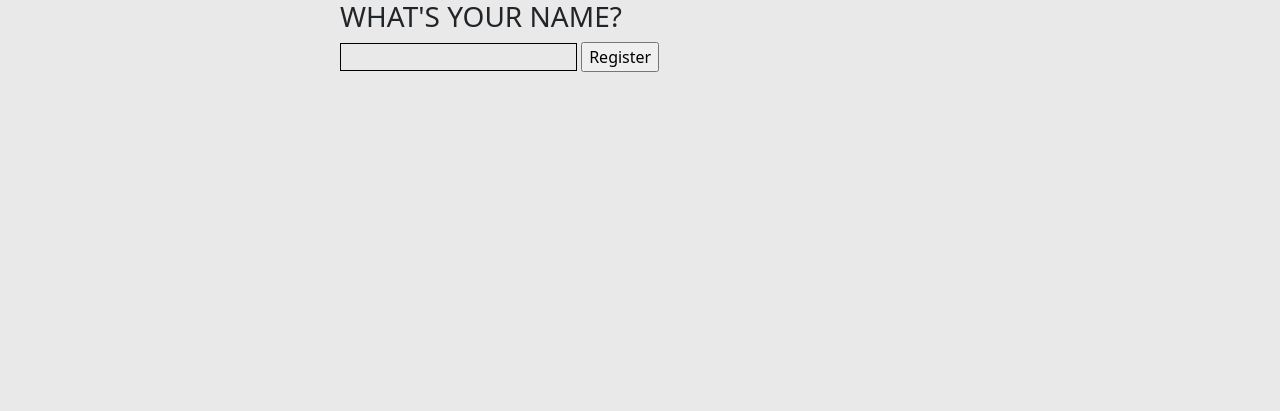
Repository: haimy125/demo_chat
Page: http://localhost/
These files come from the project's save history. The page is drawn as it stood at one moment and after the next save; the edit follows.
The browser window is 1280 px wide. The pictures show the whole page.
The page is served by the project's Node server (DEMO_CHAT_SOCKETIO/SERVER.js).

Above is the page before, as saved 2021-08-29 15:29:03.

### DEMO_CHAT_SOCKETIO/views/trangchu.ejs
<!DOCTYPE html>
<html lang="en">

<head>
    <meta charset="UTF-8">
    <meta http-equiv="X-UA-Compatible" content="IE=edge">
    <meta name="viewport" content="width=device-width, initial-scale=1.0">
    <title>demo chat</title>
    <link href="https://cdn.jsdelivr.net/npm/bootstrap@5.0.2/dist/css/bootstrap.min.css" rel="stylesheet" integrity="sha384-EVSTQN3/azprG1Anm3QDgpJLIm9Nao0Yz1ztcQTwFspd3yD65VohhpuuCOmLASjC" crossorigin="anonymous">
    <script src="https://cdn.jsdelivr.net/npm/@popperjs/core@2.9.2/dist/umd/popper.min.js" integrity="sha384-IQsoLXl5PILFhosVNubq5LC7Qb9DXgDA9i+tQ8Zj3iwWAwPtgFTxbJ8NT4GN1R8p" crossorigin="anonymous"></script>
    <script src="https://cdn.jsdelivr.net/npm/bootstrap@5.0.2/dist/js/bootstrap.min.js" integrity="sha384-cVKIPhGWiC2Al4u+LWgxfKTRIcfu0JTxR+EQDz/bgldoEyl4H0zUF0QKbrJ0EcQF" crossorigin="anonymous"></script>

    <script src="jquery.js"></script>
    <script src="socket.io/socket.io.js"></script>
    <link rel="stylesheet" href="layout.css">
    <script src="xuly.js">
    </script>
</head>

<body>
    <div class="container">
        <div id="wrapper">
            <div id="loginForm">
                <h3>WHAT'S YOUR NAME?</h3>
                <input type="text" id="txtUsername">
                <input type="button" value="Register" id="btnRegister" />
            </div>
            <div id="chatForm">
                <div id="left">

                </div>
                <div id="right">

                </div>
            </div>
        </div>
    </div>
</body>

</html>

### DEMO_CHAT_SOCKETIO/SERVER.js
var express = require('express'); //phai require thu vien express moi chay
var app = express(); //khai bao server
app.use(express.static("public")); //can file js, css nen khai bao the nay de all file trong public la khach hang truy cap duoc het

app.set("view engine", "ejs"); //
app.set("views", "./views");
var server = require('http').Server(app); //dựng server
var io = require('socket.io')(server);
server.listen(3000);


app.get('/', function(req, res) {
    res.render('trangchu');
});

### DEMO_CHAT_SOCKETIO/public/layout.css
body {
    background-color: #e9e9e9;
}

#wrapper {
    width: 600px;
    margin: 0 auto;
}

#txtUsername {
    background-color: transparent;
    border: solid 1px black;
    /* border-width: 0 0 1 0; */
}

#left {
    width: 30%;
    float: left;
}

#right {
    width: 70%;
    float: right;
}

### DEMO_CHAT_SOCKETIO/public/xuly.js
$(document).ready(function() {
    // alert('a');
});

Loaded but not shown: DEMO_CHAT_SOCKETIO/public/jquery.js (library)

After the next save:
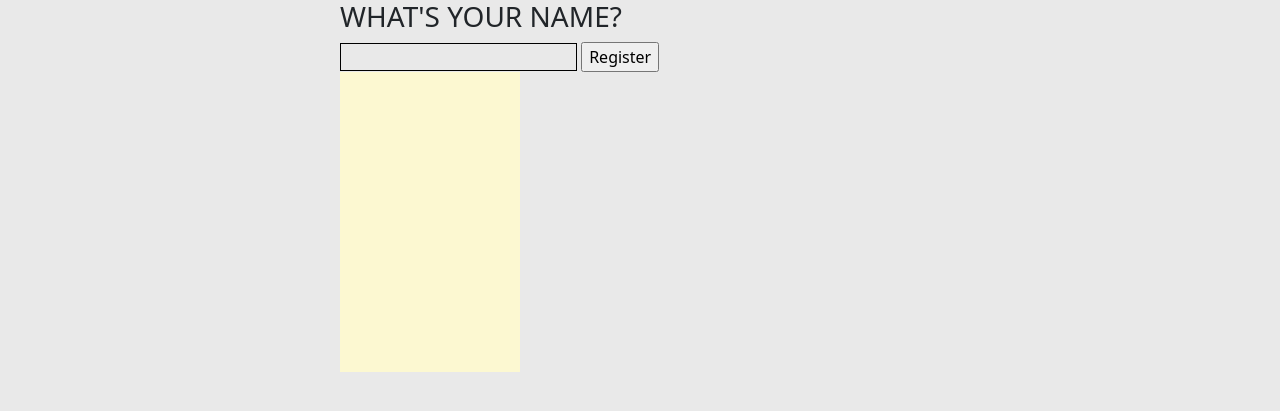
Saved 53 s later.
--- a/DEMO_CHAT_SOCKETIO/public/layout.css
+++ b/DEMO_CHAT_SOCKETIO/public/layout.css
@@ -13,9 +13,15 @@ body {
     /* border-width: 0 0 1 0; */
 }
 
+#left,
+#right {
+    min-height: 300px;
+}
+
 #left {
     width: 30%;
     float: left;
+    background-color: #fcf8d1;
 }
 
 #right {
